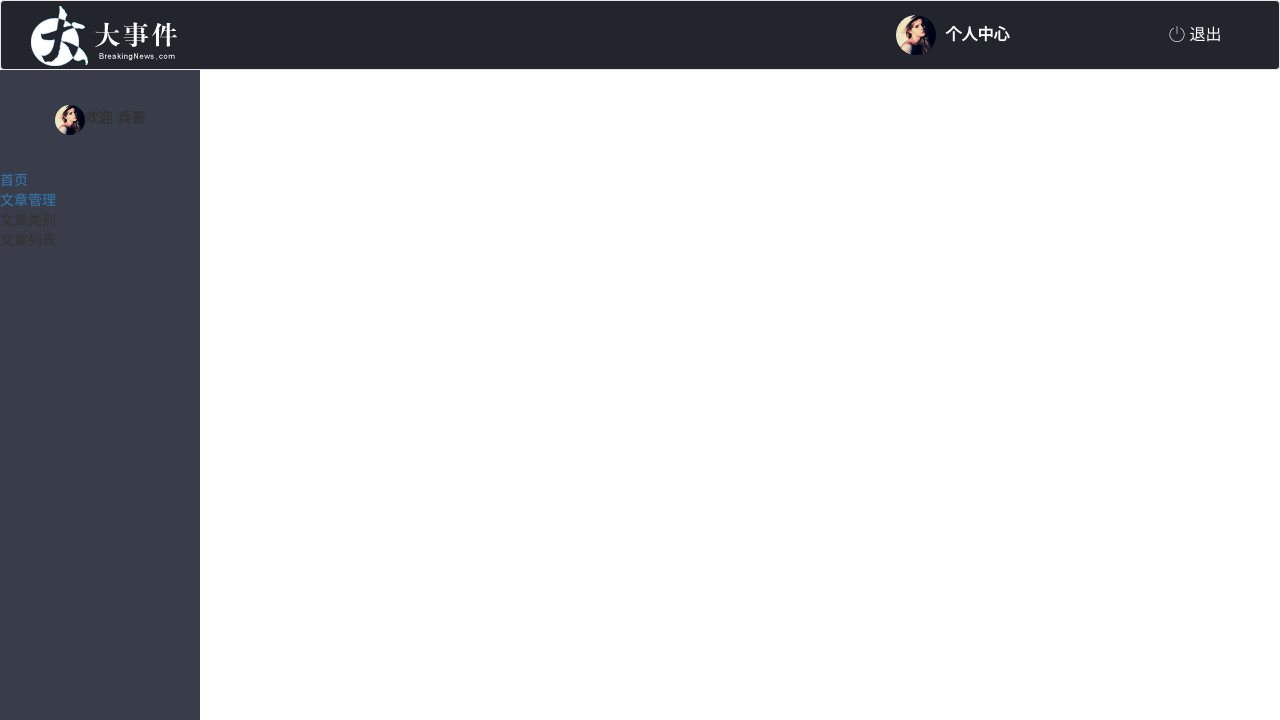
Repository: pursuit-YHP/project_dashijian
Page: index.html
The author's editor kept a copy of each file at every save. The page is drawn from the files as they stood at one save, then again after the next save.
The browser window is 1280 px wide. The pictures show the whole page.
The style sheet was rebuilt from its Sass, Less or Tailwind sources for each picture, by a compiler version that may differ from the author's.

Above is the page before, as saved 2022-03-13 20:29:20.

### index.html
<!DOCTYPE html>
<html lang="en">

<head>
    <meta charset="UTF-8">
    <meta http-equiv="X-UA-Compatible" content="IE=edge">
    <meta name="viewport" content="width=device-width, initial-scale=1.0">
    <title>Document</title>
    <link rel="stylesheet" href="./assets/css/index.css">
    <link rel="stylesheet" href="./assets/lib/bootstrap.css">
    <link rel="stylesheet" href="./assets/fonts/iconfont.css">
</head>

<body>
    <!-- 头部 -->
    <nav class="navbar navbar-default">
        <div class="container-fluid">
            <div class="navbar-header">
                <a class="navbar-brand" href="#">
                    <img alt="Brand" src="./assets/images/logo.png">
                </a>
            </div>
            <div class="setting">
                <div class="tx_zoom">
                    <div class="touxiang"></div>
                    <label class="myzoon">个人中心</label>
                </div>
                <div class="unlogin">
                    <span class="iconfont icon-tuichu"></span>
                    <span>退出</span>
                </div>
            </div>
        </div>

    </nav>
    <!-- 侧边导航栏 -->
    <aside>
        <div class="aside_head">
            <span></span>
            <label for="">欢迎 </label>
            <label for="" style="margin-left: 5px;"> 兵哥</label>
        </div>
        <div class="aside_body">
            <ul>
                <li>
                    <a href="javascript:;">首页</a>
                </li>
                <li><a href="javasecipt:;">文章管理</a></li>
                <ul>
                    <li>文章类别</li>
                    <li>文章列表</li>
                    <li></li>
                </ul>
                <li></li>
            </ul>
        </div>
    </aside>
    <!-- 中心区域 -->
</body>

</html>

### assets/css/index.less
*{
    padding: 0;
    margin: 0;
}
.navbar-default{
    height: 70px;
    background-color: rgba(34, 38, 44)!important;

    img{
        margin-left: 15px;
        margin-top: -10px;
    }
}
.setting{
    width: 30%;
    height: 100%;
    position: absolute;
    top: 0;
    right: 0;
    display: flex;
    align-items: center;
    justify-content: space-around;
}
.tx_zoom{
    flex:1;
    display: flex;
    align-items: center;
}
.touxiang{
    display: inline-block;
    width: 40px;
    height: 40px;
    border-radius: 50%;
    background: url(../images/sample.jpg) no-repeat center;
    background-size: 40px auto;
}
.myzoon{
    display: inline-block;
    margin-left: 10px;
    color: white;
    font-size: 16px;
    margin-bottom: 0;
}
.unlogin{
    width: 80px;
    margin-right: 30px;
    color: white;
    font-size: 16px;
}

aside{
    position: fixed;
    left: 0;
    top: 70px;
    width: 200px;
    height: 100%;
    background-color: #393D49;
}
.aside_head{
    width: 100%;
    height: 100px;
    line-height: 100px;
    text-align: center;
    display: flex;
    align-items: center;
    justify-content: center;
    span{
        display: inline-block;
        width: 30px;
        height: 30px;
        border-radius: 50%;
        background: url(../images/sample.jpg) no-repeat center;
        background-size: 30px;
    }
}

Loaded but not shown: assets/lib/bootstrap.css (library); assets/fonts/iconfont.css (common file)

After the next save:
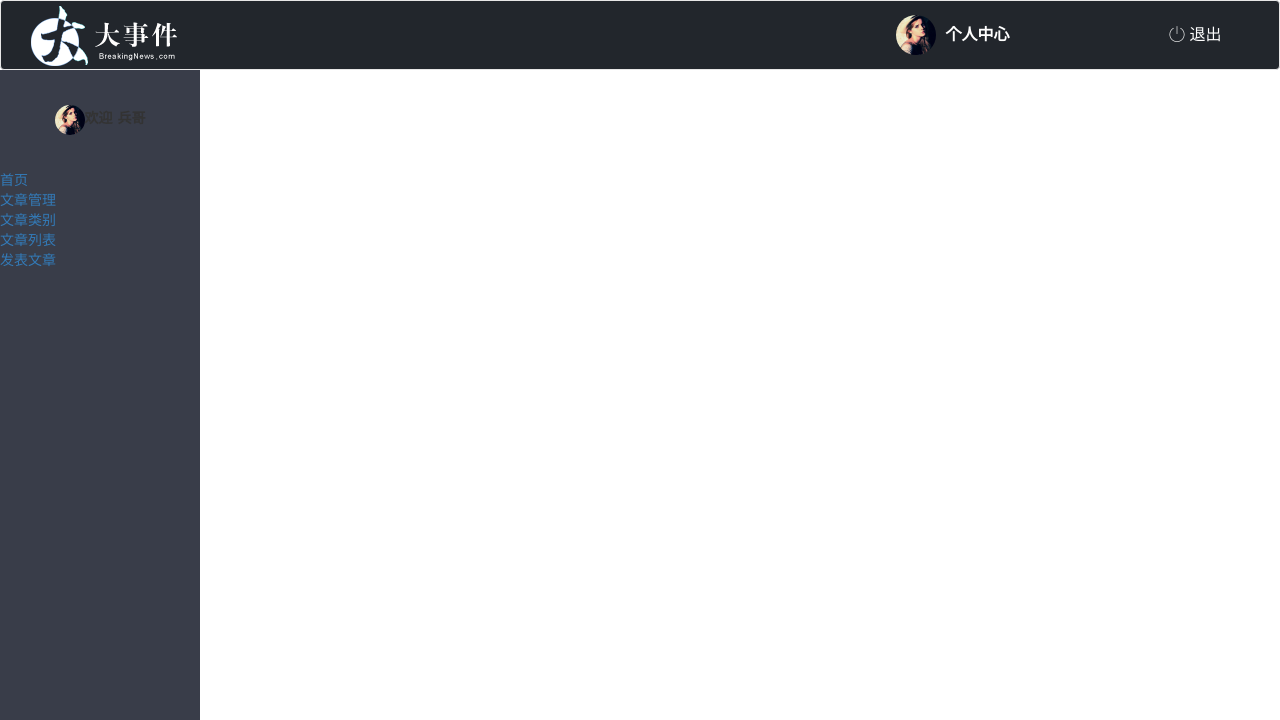
Saved 19 s later.
--- a/index.html
+++ b/index.html
@@ -47,9 +47,9 @@
                 </li>
                 <li><a href="javasecipt:;">文章管理</a></li>
                 <ul>
-                    <li>文章类别</li>
-                    <li>文章列表</li>
-                    <li></li>
+                    <li><a href="">文章类别</a></li>
+                    <li><a href="">文章列表</a></li>
+                    <li><a href="">发表文章</a></li>
                 </ul>
                 <li></li>
             </ul>
